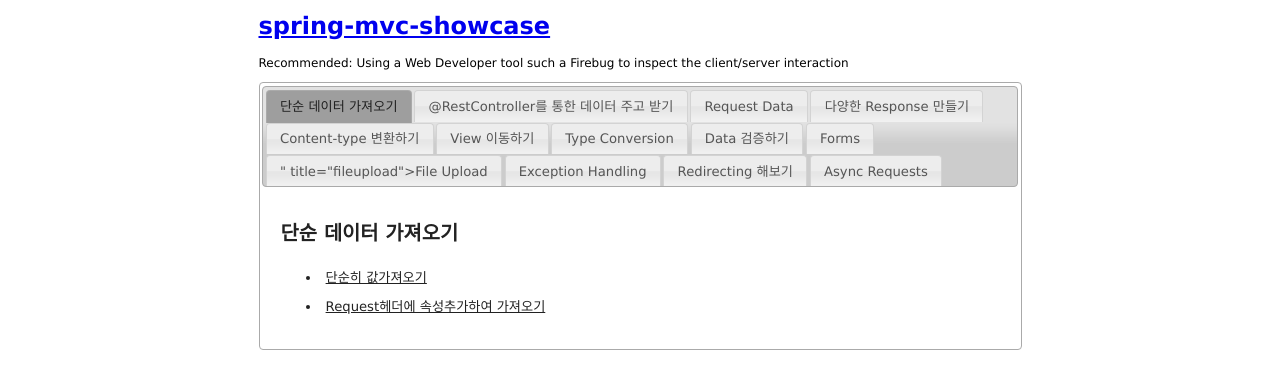
Repository: rmsdud2435/Spring5-Study
Page: http://localhost/SpringVersion5/WEB-INF/views/home.jsp
These files come from the project's save history. The page is drawn as it stood at one moment and after the next save; the edit follows.
The browser window is 1280 px wide. The pictures show the whole page.
Pictures or frames that could not be fetched are drawn as grey boxes. The page is served by Tomcat 9. Nobody is signed in. The template is opened directly, without the code that normally fills it, so the values that code supplies are empty.

Above is the page before, as saved 2019-06-20 06:37:27.

After the next save:
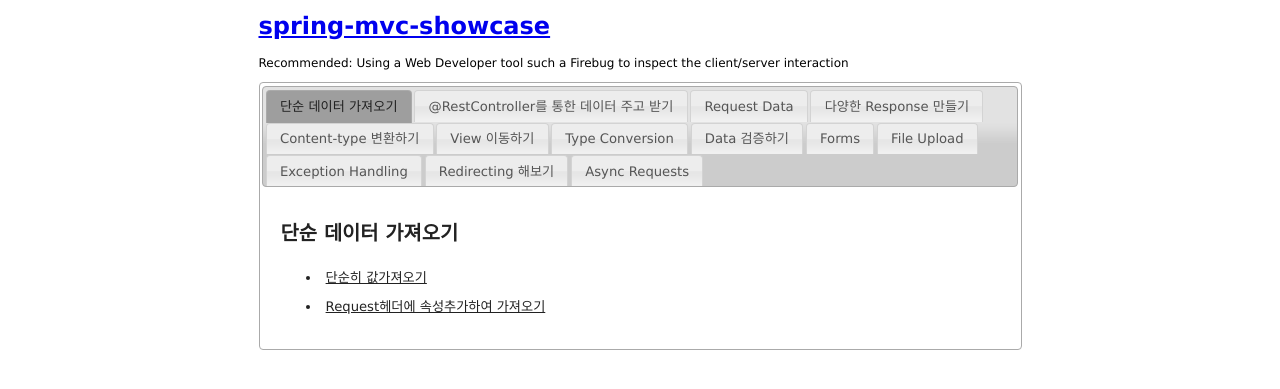
Saved 11 s later.
--- a/SpringVersion5/src/main/webapp/WEB-INF/views/home.jsp
+++ b/SpringVersion5/src/main/webapp/WEB-INF/views/home.jsp
@@ -31,7 +31,7 @@
 		<li><a href="#convert">Type Conversion</a></li>
 		<li><a href="#validation">Data 검증하기</a></li>
 		<li><a href="<c:url value="/form" />" title="forms">Forms</a></li>
-		<li><a href="#fileupload" />" title="fileupload">File Upload</a></li>
+		<li><a href="#fileupload" />File Upload</a></li>
 		<li><a href="#exceptions">Exception Handling</a></li>
 		<li><a href="#redirect">Redirecting 해보기</a></li>
         <li><a href="#async">Async Requests</a></li>
